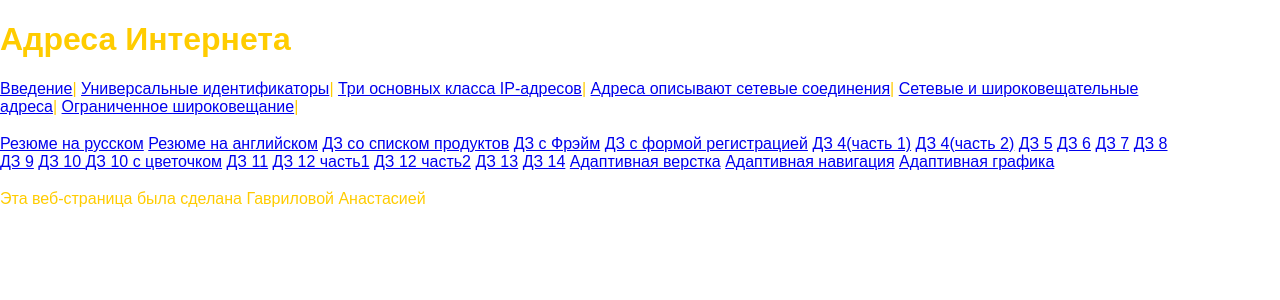
Repository: NastyaGavrilova/BeetRoot
Page: index.html
An editor plug-in stored every save of this project. The page is shown before and after the next save, followed by the edit.
The browser window is 1280 px wide. The pictures show the whole page.
The style sheet was rebuilt from its Sass, Less or Tailwind sources for each picture, by a compiler version that may differ from the author's.

Above is the page before, as saved 2021-09-28 04:32:06.

### index.html
<!DOCTYPE html>
<html lang="en">
  <head>
    <meta charset="UTF-8" />
    <meta http-equiv="X-UA-Compatible" content="IE=edge" />
    <meta name="viewport" content="width=device-width, initial-scale=1.0" />
    <link rel="stylesheet" href="./styles/normilize.css" />
    <link rel="stylesheet" href="./styles/style.css" />
    <link rel="shortcut icon" href="./images/favicon.ico" />
    <title>Адреса Интернета</title>
  </head>
  <body id="wrapper">
    <!-- Шапка с навигацией и закладками другой страницы -->
    <header>
      <h1>Адреса Интернета</h1>
      <nav>
        <a
          href="./webpage_markers.html#block1"
          title="Перейти в раздел Введение"
          >Введение</a
        >|
        <a
          href="./webpage_markers.html#block2"
          title="Перейти в раздел Универсальные идентификаторы"
          >Универсальные идентификаторы</a
        >|
        <a
          href="./webpage_markers.html#block3"
          title="Перейти в раздел Три основных класса IP-адресов"
          >Три основных класса IP-адресов</a
        >|
        <a
          href="./webpage_markers.html#block4"
          title="Перейти в раздел Адреса описывают сетевые соединения"
          >Адреса описывают сетевые соединения</a
        >|
        <a
          href="./webpage_markers.html#block5"
          title="Перейти в раздел Сетевые и широковещательные адреса"
          >Сетевые и широковещательные адреса</a
        >|
        <a
          href="./webpage_markers.html#block6"
          title="Перейти в раздел Ограниченное широковещание"
          >Ограниченное широковещание</a
        >| <br /><br />
      </nav>
    </header>

    <!-- Секция с ссылками на дз -->
    <div class="links">
      <a href="https://nastyagavrilova.github.io/homework2/"
        >Резюме на русском</a
      >
      <a href="https://nastyagavrilova.github.io/homework2_eng/"
        >Резюме на английском</a
      >

      <a href="./shopping_list.html">ДЗ со списком продуктов</a>

      <a href="./iframes.html">ДЗ с Фрэйм</a>
      <a href="./page_fieldsets.html">ДЗ с формой регистрацией</a>
      <a href="./HW4/part1.html">ДЗ 4(часть 1)</a>
      <a href="./HW4/part2.html">ДЗ 4(часть 2)</a>
      <a
        href="https://nastyagavrilova.github.io/HomeWork5_beetroot/"
        class="hw5"
        >ДЗ 5</a
      >

      <a
        href="https://nastyagavrilova.github.io/HomeWork6_beetroot/"
        class="hw6"
        >ДЗ 6</a
      >
      <a href="./Home_Work7/index.html" class="hw7">ДЗ 7</a>

      <a href="./HomeWork8/index.html" class="hw8">ДЗ 8</a>
      <a href="./HomeWork9/index.html" class="hw9">ДЗ 9</a>
      <a href="./HomeWork10/index.html" class="hw10" target="_blank">ДЗ 10 </a>
      <a href="./figma/index.html" class="hw10_2" target="_blank"
        >ДЗ 10 с цветочком</a
      >
      <a href="./HomeWork11/index.html" class="HW11" target="_blank">ДЗ 11</a>

      <a
        href="./HomeWork12_2/HomeWork12/index.html"
        class="HW12_1"
        target="_blank"
        >ДЗ 12 часть1</a
      >
      <a href="./HomeWork12_2/index.html" class="HW12_2" target="_blank"
        >ДЗ 12 часть2</a
      >
      <a href="./HomeWork13/index.html" class="HW13" target="_blank">ДЗ 13</a>
      <a href="./HomeWork14/index.html" class="HW14" target="_blank">ДЗ 14</a>
      <a
        href="https://nastyagavrilova.github.io/Beetroot__adaptive__web-design/"
        class="HW16"
        target="_blank"
        >Адаптивная верстка</a
      >
      <a
        href="https://nastyagavrilova.github.io/Beetroot_adaptive_navigation/"
        class="HW17"
        target="_blank"
        >Адаптивная навигация</a
      >
      <a
        href="https://nastyagavrilova.github.io/Beetroot__adaptive__graphic/"
        class="HW18"
        target="_blank"
        >Адаптивная графика</a
      >
      <br /><br />
    </div>

    <!-- Подвал -->
    <footer>Эта веб-страница была сделана Гавриловой Анастасией</footer>
  </body>
</html>

### styles/normilize.css
html {
    line-height: 1.15;
    -webkit-text-size-adjust: 100%;
  }
  body {
    margin: 0;
  }
  main {
    display: block;
  }
  h1 {
    font-size: 2em;
    margin: 0.67em 0;
  }
  hr {
    box-sizing: content-box;
    height: 0;
    overflow: visible;
  }
  pre {
    font-family: monospace, monospace;
    font-size: 1em;
  }
  a {
    background-color: transparent;
  }
  abbr[title] {
    border-bottom: none;
    text-decoration: underline;
    text-decoration: underline dotted;
  }
  b,
  strong {
    font-weight: bolder;
  }
  code,
  kbd,
  samp {
    font-family: monospace, monospace;
    font-size: 1em;
  }
  small {
    font-size: 80%;
  }
  sub,
  sup {
    font-size: 75%;
    line-height: 0;
    position: relative;
    vertical-align: baseline;
  }
  sub {
    bottom: -0.25em;
  }
  sup {
    top: -0.5em;
  }
  img {
    border-style: none;
  }
  button,
  input,
  optgroup,
  select,
  textarea {
    font-family: inherit;
    font-size: 100%;
    line-height: 1.15;
    margin: 0;
  }
  button,
  input {
    overflow: visible;
  }
  button,
  select {
    text-transform: none;
  }
  [type='button'],
  [type='reset'],
  [type='submit'],
  button {
    -webkit-appearance: button;
  }
  [type='button']::-moz-focus-inner,
  [type='reset']::-moz-focus-inner,
  [type='submit']::-moz-focus-inner,
  button::-moz-focus-inner {
    border-style: none;
    padding: 0;
  }
  [type='button']:-moz-focusring,
  [type='reset']:-moz-focusring,
  [type='submit']:-moz-focusring,
  button:-moz-focusring {
    outline: 1px dotted ButtonText;
  }
  fieldset {
    padding: 0.35em 0.75em 0.625em;
  }
  legend {
    box-sizing: border-box;
    color: inherit;
    display: table;
    max-width: 100%;
    padding: 0;
    white-space: normal;
  }
  progress {
    vertical-align: baseline;
  }
  textarea {
    overflow: auto;
  }
  [type='checkbox'],
  [type='radio'] {
    box-sizing: border-box;
    padding: 0;
  }
  [type='number']::-webkit-inner-spin-button,
  [type='number']::-webkit-outer-spin-button {
    height: auto;
  }
  [type='search'] {
    -webkit-appearance: textfield;
    outline-offset: -2px;
  }
  [type='search']::-webkit-search-decoration {
    -webkit-appearance: none;
  }
  ::-webkit-file-upload-button {
    -webkit-appearance: button;
    font: inherit;
  }
  details {
    display: block;
  }
  summary {
    display: list-item;
  }
  template {
    display: none;
  }
  [hidden] {
    display: none;
  }

### HomeWork14/sccs/style.scss
// Config
@import "./variables";

// All style
@import "./components/index";
@import "./elements/index";
body {
  width: 100%;
  max-width: 1170px;
  color: $c-yellow;
  font-family: $f-main;
  font-size: $fs-info-text;
}

### HomeWork14/sccs/_variables.scss
// @import ''
//COLORS
$c-yellow: #ffcc00;
$c-grey-normal: #666666;
$c-grey-light: #cccccc;
$c-grey-dark: #333333;
$c-white: #fff;

// FONTS
$f-header: "Roboto", sans-serif;
$f-main: "Raleway", sans-serif;
$f-link: sans-serif;
//Font Size
$fs-title-small: 18;
$fs-title-big: 60px;
$fs-info-title: 36;
$fs-info-sub-title: 24;
$fs-info-text: 14;
$fs-info-button: 14;

### HomeWork14/sccs/components/_index.scss
@import "./header";
@import "./main";
@import "./sections";
@import "./nav";

### HomeWork14/sccs/components/_header.scss
.header {
  text-align: center;
  width: 455px;
  position: relative;
  margin: 0 auto 48px;
  padding-top: 45px;
  padding-bottom: 46px;
  //линия под хэдером
  &:before {
    display: block;
    content: "";
    position: absolute;
    background-color: $c-yellow;
    width: 47%;
    height: 1px;
    bottom: 0;
  }
  //линия под хэдером
  &:after {
    // @extend .header:: before;
    right: 0;
  }
  // заголовок
  &__title {
    text-transform: uppercase;
    margin: 0;
    // заголовок маленький
    &--small {
      font-size: $fs-title-small;
      font-family: $f-main;
      font-weight: 500;
      line-height: 24px;
      color: $c-grey-normal;
    }
    // заголовок большой
    &--big {
      color: $c-yellow;
      font-family: $f-header;
      font-size: $fs-title-big;
      font-weight: 900;
      line-height: 66px;
    }
  }

  // иконка между линиями
  &__img {
    position: absolute;
    bottom: 0;
    left: 50%;
    transform: translate(-50%, 50%);
  }
}

### HomeWork14/sccs/components/_main.scss
.main {
  max-width: 1170px;
  min-width: 420px;
  margin: 0 auto;
  position: relative;
}
//контейнер для элементов портфолио
.main__wrapper {
  display: flex;
  flex-wrap: wrap;
  justify-content: center;
}

### HomeWork14/sccs/components/_sections.scss
//секции флекса
.c-column {
  padding: 75px 0 67px;
  flex-grow: 1;
  flex-shrink: 1;
  height: 560px;
  max-width: 420px;
  //разделительная линия по середине
  &--line {
    padding-left: 82px;
    padding-right: 82px;
    div {
      width: 1px;
      height: 100%;
      background-color: $c-yellow;
    }
  }
}

.c-photo {
  margin-left: 20px; /*отступ от правого края, чтобы не наезжала стрелка*/
  &__bg-img {
    background: url(../../images/frame_orange.svg) 50% no-repeat;
    padding: 15px;
    height: 388px;
    img {
      border: 1px solid $c-yellow;
      max-width: 388px;
    }
  }
}

//секция с информацией
.c-info {
  margin-right: 20px;
  text-align: center;
  &__title {
    margin: 0;
    &--name {
      font-family: $f-header;
      font-size: $fs-info-title;
      color: $c-grey-normal;
      font-weight: 900;
      margin-top: 15px;
    }
    &--position {
      font-size: $fs-info-sub-title;
      font-weight: 400;
      font-family: $f-main;
      color: $c-grey-normal;
    }
  }
  &__underline {
    background-color: $c-yellow;
    &--1 {
      width: 100px;
      height: 1px;
      background-color: $c-yellow;
      margin: 25px auto;
    }
    &--2 {
      background: url("../../images/dashed-line.svg") 50% no-repeat;
      margin: 22px 0 26px;
      height: 4px;
    }
  }

  &__social-links {
    margin: 30px auto 20px;
    ul {
      font-size: 0;
      list-style: none;
      padding-left: 0;
      li {
        display: inline-block;
        margin: 3px;
        a {
          display: flex;
          justify-content: center;
          align-items: center;
          width: 30px;
          height: 30px;
          border: 2px solid $c-grey-light;
          border-radius: 50%;
          text-decoration: none;
          &:hover {
            box-shadow: 0 0 5px $c-yellow;
          }

          i {
            color: $c-grey-light;
            font-size: 14px;
          }
        }
      }
    }
  }
}

### HomeWork14/sccs/components/_nav.scss
//навигация документа
.c-nav {
  padding-bottom: 94px;
  //стрелки
  &__arrow {
    width: 13px;
    height: 23px;

    position: absolute;
    top: 270px;
    &:hover {
      transform: scale(1.4);
    }
    &-left {
      background: url("../../images/angle-left-icon.png") no-repeat;
      left: 1%;
    }
    &-right {
      background: url("../../images/angle-right-icon.png") no-repeat;
      right: 1%;
    }
  }

  //навигация
  &__items {
    margin-top: 40px;
  }
}

### HomeWork14/sccs/elements/_index.scss
@import './text';
@import './links';

### HomeWork14/sccs/elements/_text.scss
//параграф в информационной части
.e-info__description {
  color: $c-grey-dark;
  font-family: $f-main;
  font-weight: 500;
  line-height: 24px;
}

### HomeWork14/sccs/elements/_links.scss
// ссылка на профиль
.e-info__view-profile {
  margin: 0 auto;
  display: flex;
  justify-content: center;
  width: 120px;
  height: 24px;
  border: 1px solid $c-yellow;
  font-family: $f-link;
  font-weight: 700;
  align-items: center;
  text-transform: uppercase;
  text-decoration: none;
  color: $c-grey-normal;
  &:hover {
    background: $c-yellow;
  }
  &:active {
    transform: scale(1.07);
  }
}
// список с "ссылками" - кружочки в навикации
ul {
  text-align: center;
  padding-left: 0;
  list-style: none;
  font-size: 0;
  .e-item {
    display: inline-block;
    width: 10px;
    height: 10px;
    background-color: $c-yellow;
    border: 1px solid $c-yellow;
    border-radius: 50%;
    margin: 5px;
    &--active {
      background-color: $c-white;
    }
    &:hover {
      background-color: $c-white;
      cursor: pointer;
      transform: scale(1.2);
    }
  }
}

After the next save:
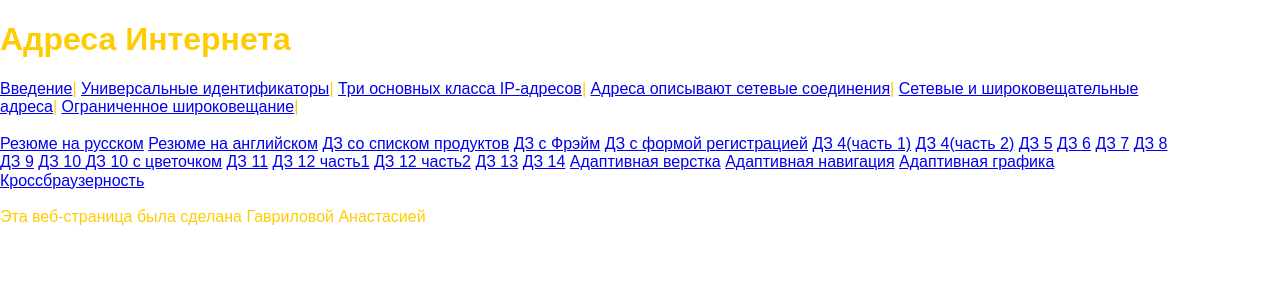
Saved 8 days later.
--- a/index.html
+++ b/index.html
@@ -112,6 +112,12 @@
         target="_blank"
         >Адаптивная графика</a
       >
+      <a
+        href="https://nastyagavrilova.github.io/Beetroot__adaptive__graphic/"
+        class="HW19"
+        target="_blank"
+        >Кроссбраузерность</a
+      >
       <br /><br />
     </div>
 
